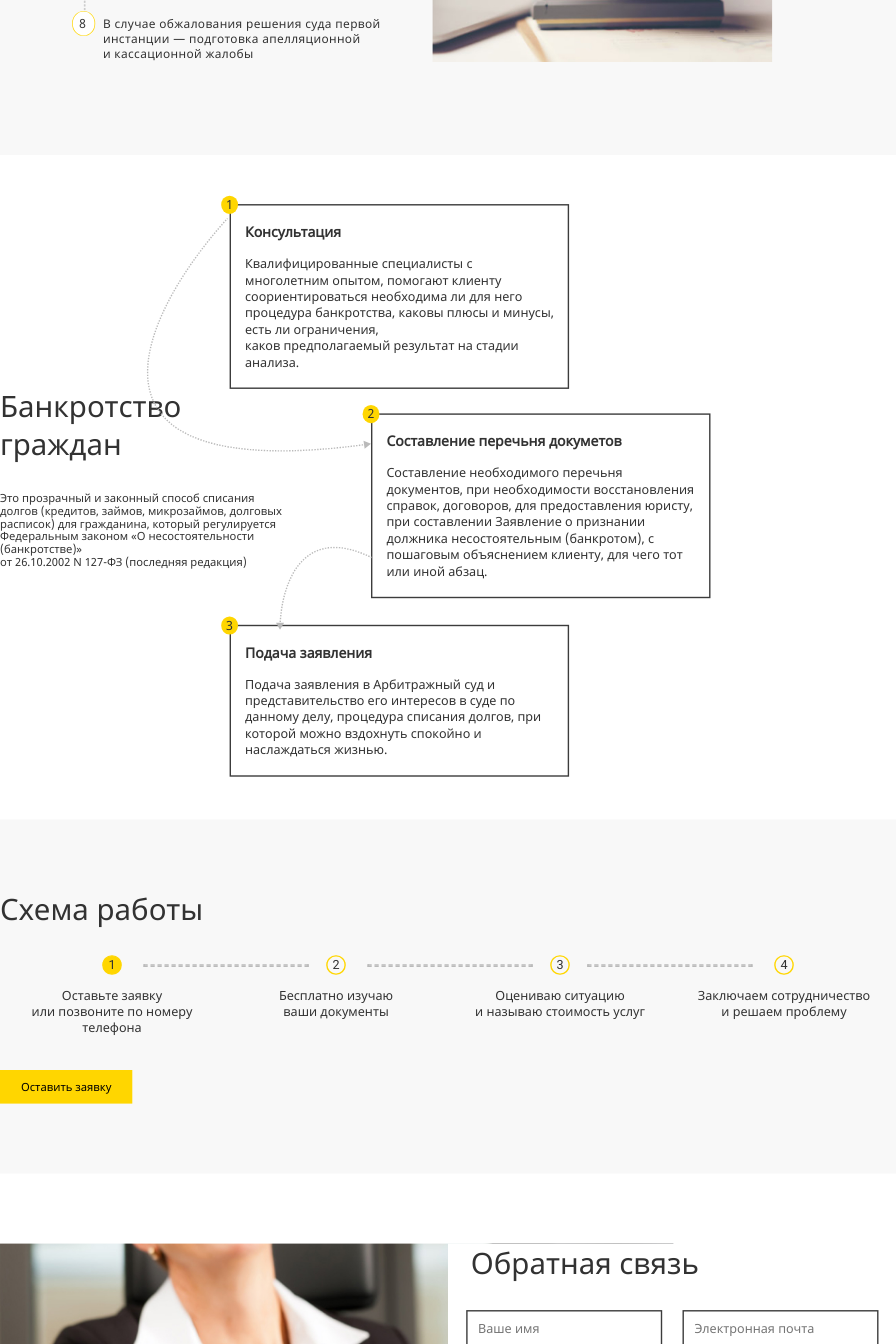
Repository: Nisovaki/antei
Page: http://localhost/
These files come from the project's save history. The page is drawn as it stood at one moment and after a run of saves; the edit follows.
The browser window is 1280 px wide. The pictures show the part of the page from y = 2981 to 4901 px (the page is 6078 px tall before and 6048 px after), at 70% of full size.
The page is run by PHP 8.4 with error messages shown; the project is at /var/www/html/. Style sheets and scripts are compiled from the project's sources, by tool versions that may differ from the author's.

Above is the page before, as saved 2022-03-19 02:25:09.

### index.html
<!DOCTYPE html>
<html lang="ru">
<head>
	<meta charset="UTF-8">
	<meta http-equiv="X-UA-Compatible" content="IE=edge">
	<meta name="viewport" content="width=1440"/>
	<link rel="stylesheet" href="css/style.css">
	<link rel="preconnect" href="https://fonts.googleapis.com">
	<link rel="preconnect" href="https://fonts.gstatic.com" crossorigin>
	<link href="https://fonts.googleapis.com/css2?family=Roboto&display=swap" rel="stylesheet">
	<title>Услуги юриста</title>
</head>
<body>
	<navbar class="navbar">
		<div class="container">
			<div class="navbar-block">
				<ul class="navbar-list">
					<li class="navbar-item"><a href="#" class="navbar-link">Услуги</a></li>
					<li class="navbar-item"><a href="#" class="navbar-link">Банкротство граждан</a></li>
					<li class="navbar-item"><a href="#" class="navbar-link">Схема работы</a></li>
					<li class="navbar-item"><a href="#" class="navbar-link">Обратная связь</a></li>
				</ul>
				<div class="navbar-tel"><a href="tel:+79042812294" class="navbar-link">+7 (904) 281 22 94</a></div>
				<div class="navbar-address">г. Липецк, пр. Победы, д. 89</div>
			</div>
   </div>
	</navbar>

	<header class="header">
		<div class="container">
			<div class="header-block">
				<h1 class="header-block__title">Услуги юриста</h1>
				<div class="header-block__text">
					Ведение дел осуществляется как по г. Липецку, так и по его Области, возможно дистанционное составление документов
					в других городах
				</div>

				<ul class="header-block__list">
					<li class="icons header-block__item"><span class="icons__check"> Бесплатная консультация</span></li>
					<li class="icons header-block__item"><span class="icons__check"> Для клиентов пенсионного возраста скидки</span></li>
					<li class="icons header-block__item"><span class="icons__check"> Банкротство граждан, скидки для людей со&nbsp;льготами</span></li>
					<li class="icons header-block__item"><span class="icons__check"> В некоторых случаях возможно списать задолжность без подачи заявления на&nbsp;банкротство гарждан</span></li>
				</ul>

				<button class="button header__button">Решить проблему</button>
			</div>
		</div>
	</header>

	<section class="biography">
		<div class="container">
			<div class="author">
				<div class="author-img">
					<img src="img/biography/author.png" alt="Фотография: Богословский Дмитрий Михайлович" class="biography-author">
				</div>
				<div class="author-block">
					<h2 class="title biography-title">Богословский Дмитрий Михайлович</h2>
					<div class="biography-block">
						<div class="biography-subtitle"><span class="biography-subtitle__elipse"></span> Окончил МОУ ВО</div>
						<div class="biography-text">В 2015 году окончил МОУ ВО «Институт правa<br>и экономики» по специальности Юриспруденция,<br> с
							присвоением квалификации Юрист</div>
						<div class="biography-subtitle"><span class="biography-subtitle__elipse"></span> Работал в налоговой службе</div>
						<div class="biography-text">Работал в инспекции федеральной налоговой службе, суде, паралельно осваивая процедуру
							банкротства физических лиц</div>
						<div class="biography-subtitle"><span class="biography-subtitle__elipse"></span> Имею опыт в процедуре банкротства
						</div>
						<div class="biography-text">Имею опыт списания долгов по процедуре банкротства в арбитражном суде, с присвоением
							статуса банкрота</div>
					</div>
				</div>
			</div>
		</div>
	</section>
	<section class="services">
		<div class="container">
			<h2 class="title services__title">Услуги</h2>
			<div class="services-block">
				<div class="services-block__item">
					<h3 class="services-block__title">Гражданские дела</h3>
					<ul class="services-block__list">
						<li class="icons services-block__cell">Гражданские споры</li>
						<li class="icons services-block__cell">Банкротство физических лиц</li>
						<li class="icons services-block__cell">Жилищные и трудовые споры</li>
						<li class="icons services-block__cell">Споры по кредитам частичное списание (индивидуально)</li>
						<li class="icons services-block__cell">Страховые вопросы</li>
						<li class="icons services-block__cell">Возмещение морального вреда, (составление претензий, жалоб, исковых заявлений, представительство в суде)</li>
					</ul>
				</div>

				<div class="services-block__item">
					<h3 class="services-block__title">Административные и&nbsp;арбитражные дела</h3>
					<ul class="services-block__list">
						<li class="icons services-block__cell">Споры, возникающие с органами испольнительной власти</li>
						<li class="icons services-block__cell">Досудебный порядок регулирования</li>
						<li class="icons services-block__cell">Составление претензий, жалоб, искового заявления</li>
						<li class="icons services-block__cell">Ознакомление с материалами дела</li>
						<li class="icons services-block__cell">Представительство в судах</li>
					</ul>
				</div>

				<div class="services-block__item">
					<h3 class="services-block__title">Банкротство физических лиц</h3>
					<p class="services-block__text">К сожалению, гражданам не всегда удаётся своевременно погасить образовавшиеся задолженности<br> по многим причинам — потеря<br>
					работы, заболевание, требующее срочного лечения и т.д., однако<br> выход есть всегда, это Банкротство физичсекого лица</p>
					<a href="#" class="services-block__link">Узнать подробнее
						<img src="img/services/arrow.svg" alt="стрелка" class="services-block__img-1">
						<img src="img/services/arrow.svg" alt="стрелка" class="services-block__img-2">
					</a>
				</div>
			</div>
			<div class="services__wrapper">
				<button class="button services__button"><a href="#" class="services__button-link">Обратиться за помощью</a></button>
			</div>
		</div>
	</section>

	<section class="algorithm">
		<div class="container">
			<div class="algorithm-block">
				<div class="algorithm-block__item-1">
					<h2 class="title algorithm-block__title">Наш алгоритм действий</h2>
					<ol class="algorithm-block__list">
						<li class="algorithm-block__cell algorithm-block__cell-color"><div class="algorithm-block__element"></div> Изучение дела</li>
						<li class="algorithm-block__cell"><div class="algorithm-block__element"></div> Выработка стратегии</li>
						<li class="algorithm-block__cell"><div class="algorithm-block__element"></div> Претензионная работа</li>
						<li class="algorithm-block__cell"><div class="algorithm-block__element"></div> Подготовка пиьменной позиции</li>
						<li class="algorithm-block__cell"><div class="algorithm-block__element"></div> Наложение обеспечительных мер</li>
						<li class="algorithm-block__cell"><div class="algorithm-block__element"></div> Сбор доказательств</li>
						<li class="algorithm-block__cell"><div class="algorithm-block__element"></div> Представление интересов клиента в суде</li>
						<li class="algorithm-block__cell"> В случае обжалования решения суда первой инстанции — подготовка апелляционной и&nbsp;кассационной жалобы</li>
					</ol>
				</div>
				<div class="algorithm-block__item-2"><img src="img/algorithm/algorithm-img.jpg" alt="img: algorithm-block__img" class="algorithm-block__img"></div>
			</div>
		</div>
	</section>

	<section class="smash">
		<div class="container">
			<h2 class="title smash__title">Банкротство граждан</h2>
			<p class="smash__text">Это прозрачный и законный способ списания долгов (кредитов, займов, микрозаймов, долговых расписок) для гражданина,
			который регулируется Федеральным законом «О несостоятельности (банкротстве)»<br> от 26.10.2002 N 127-ФЗ (последняя редакция)</p>

			<div class="smash-wrapper">
				<div class="smash-wrapper__item smash-wrapper__item--indent-1">
					<div class="smash-wrapper__num">1</div>
					<div class="smash-wrapper__title">Консультация</div>
					<div class="smash-wrapper__text">Квалифицированные специалисты с многолетним опытом, помогают клиенту соориентироваться необходима ли для него процедура
					банкротства, каковы плюсы и минусы, есть ли ограничения,<br>каков предполагаемый результат на стадии<br> анализа.
  					</div>
				</div>

				<div class="smash-arrow__right"><img src="img/smash/arrow_right.svg" alt="arrow_right"></div>

				<div class="smash-wrapper__item smash-wrapper__item--indent-2">
					<div class="smash-wrapper__num">2</div>
					<div class="smash-wrapper__title">Составление перечьня докуметов</div>
					<div class="smash-wrapper__text">Составление необходимого перечьня документов, при необходимости восстановления справок, договоров, для предоставления
					юристу, при составлении Заявление о признании должника несостоятельным (банкротом), с пошаговым объяснением клиенту, для
					чего тот или иной абзац.
					</div>
				</div>

				<div class="smash-arrow__bottom"><img src="img/smash/arrow_bottom .svg" alt="arrow_bottom"></div>

				<div class="smash-wrapper__item smash-wrapper__item--indent-3">
					<div class="smash-wrapper__num">3</div>
					<div class="smash-wrapper__title">Подача заявления</div>
					<div class="smash-wrapper__text">Подача заявления в Арбитражный суд и представительство его интересов в суде по<br> данному делу, процедура списания долгов,
					при которой можно вздохнуть спокойно и<br> наслаждаться жизнью.
					</div>
				</div>
			</div>
			<!-- /.smash-wrapper -->
		</div>
		<!-- /. container -->
	</section>

	<section class="scheme">
		<div class="container">
			<h2 class="title scheme__title">Схема работы</h2>
			<div class="scheme-wrapper">
				<div class="scheme-wrapper__item">
					<div class="scheme-wrapper--dotted-1"></div>
					<div class="scheme-wrapper__num scheme-wrapper__num--color">1</div>
					<p class="scheme-wrapper__text">Оставьте заявку <br>или позвоните по номеру телефона</p>
				</div>
				<!-- /.scheme-wrapper__item -->
				<div class="scheme-wrapper__item">
					<div class="scheme-wrapper--dotted-2"></div>
					<div class="scheme-wrapper__num">2</div>
					<p class="scheme-wrapper__text">Бесплатно изучаю <br>ваши документы</p>
				</div>
				<!-- /.scheme-wrapper__item -->
				<div class="scheme-wrapper__item">
					<div class="scheme-wrapper--dotted-3"></div>
					<div class="scheme-wrapper__num">3</div>
					<p class="scheme-wrapper__text">Оцениваю ситуацию<br> и называю стоимость услуг</p>
				</div>
				<!-- /.scheme-wrapper__item -->
				<div class="scheme-wrapper__item">
					<div class="scheme-wrapper__num">4</div>
					<p class="scheme-wrapper__text">Заключаем сотрудничество и решаем проблему</p>
				</div>
				<!-- /.scheme-wrapper__item -->
			</div>
			<!-- /.scheme-wrapper -->
			<button class="button scheme__button">Оставить заявку</button>
		</div>
		<!-- /.container -->
	</section>
	<!-- /.scheme -->
    <section class="feedback">
		<div class="container">
			<div class="feedback-block">
				<div class="feedback-block__title">Обратная связь</div>
				<form action="send.php" method="post" class="feedback-form">
					<div class="feedback-input">
						<input type="text" placeholder="Ваше имя" class="feedback__input" name="name">
						<input type="text" placeholder="Электронная почта" class="feedback__input" name="email">
					</div>
					<textarea name="message" placeholder="Ваше сообщение" class="feedback__message"></textarea>
					<div class="feedback__wrapper">
						<input type="file" name="file" type="file" name="file" id="input__file" multiple class="feedback__file">
						<label for="input__file" class="feedback__file-button">
							<span class="feedback__file-button-text">
								<img src="img/feedback/file.svg" alt="файл">
								Загрусить файл
							</span>
						</label>
					</div>
					<div class="feedback__agreemet">
						<input type="checkbox" class="feedback__checkbox">
						<span class="feedback__text">Даю согласие на обработку персональных данных</span>
					</div>
					<button class="feedback__button">Отправить</button>
				</form>
			</div>
		</div>
	</section>

	<footer class="footer">
		<div class="container">
			<div class="footer-contacts">
				<h2 class="title footer__title">Контакты</h2>
				<div class="footer-contacts__item">
					<h3 class="footer-contacts__subtitle footer-contacts__subtitle--ml-1"><img src="img/footer/phone.svg" alt="icon: тефон" class="footer-contacts__icon-1">Номер телефона</h3>
					<a href="tel:+79042812294" class="footer-contacts__phone--ml1">+7 (904) 281 22 94</a>
					<a href="tel:+79042812293" class="footer-contacts__phone--ml2">+7 (904) 281 22 93</a>
					<div class="footer-contacts__block">
						<a href="" target="_blank"><img src="img/footer/viber.svg" alt="icon: viber" class="footer-contacts__icon"></a>
						<a href="" target="_blank"><img src="img/footer/watsapp.svg" alt="icon: watsapp" class="footer-contacts__icon"></a>
						<a href="" target="_blank"><img src="img/footer/telegram.svg" alt="icon: telegram" class="footer-contacts__icon"></a>
					</div>
					<p class="footer-contacts__subtitle footer-contacts__subtitle--ml-2"><img src="img/footer/email.svg" alt="icon: email" class="footer-contacts__icon-2"> Электронная почта</p>
					<a href="mailto:adp48ru@mail.ru" class="footer-contacts__email">adp48ru@mail.ru</a>
					<h3 class="footer-contacts__subtitle footer-contacts__subtitle--ml-3 "><img src="img/footer/map.svg" alt="icon: адрес" class="footer-contacts__icon-3"> Адрес</h3>
					<p class="footer-contacts__text">г. Липецк, пр. Победы, д. 89, 2 этаж</p>
					<h3 class="footer-contacts__subtitle footer-contacts__subtitle--ml-4"><img src="img/footer/clock.svg" alt="icon: режим работы" class="footer-contacts__icon-4"> Часы работы</h3>
					<p class="footer-contacts__text">Будни с 09:00 до17:00, выходные с 09:00 до 13:00 по записи</p>
				</div>

			</div>
			<!-- /.footer-contacts -->
			<div class="footer-map">

			</div>
			<!-- /.footer-map -->
		</div>
			<div class="footer-law">
				<div class="container">
					<p class="footer-law__text">© Все права защищены</p>
				</div>
			</div>

		<!-- /.container -->
	</footer>
	<!-- /.footer -->
</body>
</html>

### sass/style.sass
@import "_normalize.scss"
@import "_variables.sass"
@import "_settings.sass"
@import "_fonts.scss"
@import "block/_navbar.sass"
@import "block/_header.sass"
@import "block/_biography.sass"
@import "block/_services.sass"
@import "block/_algorithm.sass"
@import "block/_smash.sass"
@import "block/_feedback.sass"
@import "block/_footer.sass"
@import "block/_scheme.sass"

### sass/_variables.sass
$dark: #3C3C3C
$light: #FFFFFF
$txt-color: #323232
$btn-color: #FFD600
$fon-color: #F8F8F8
$dashed-color: #BABABA

### sass/_settings.sass
*
	box-sizing: border-box
body
	font-family: "Noto Sans", sans-serif
	font-weight: 400
	color: $txt-color
img
	max-width: 100%
.container
	max-width: 1320px
	margin: auto
.icons
	list-style-image: url(../img/header/Vector.svg)
	&__check
		position: relative
		left: 10px
.button
	padding: 15px 30px
	background-color: $btn-color
	border: none
	cursor: pointer
.title
	font-weight: 500
	font-size: 42px
	line-height: 130%
@media (max-width: 1200px)
	br
		display: none

### sass/_fonts.scss
@font-face {
  font-family: "Noto Sans bold";
  src: url("../fonts/NotoSans-Bold.woff2") format("woff2"),
    url("../fonts/NotoSans-Bold.woff") format("woff");
  font-weight: bold;
  font-style: normal;
  font-display: swap;
}

@font-face {
  font-family: "Noto Sans";
  src: url("../fonts/NotoSans.woff2") format("woff2"),
    url("../fonts/NotoSans.woff") format("woff");
  font-weight: normal;
  font-style: normal;
  font-display: swap;
}

### sass/block/_navbar.sass
.navbar
	display: block
	font-family: 'Roboto', sans-serif
	background-color: $dark
	color: $light
	padding: 37px 0 35px 0
	font-size: 18px
	line-height: 130%
	&-block
		display: flex
		justify-content: space-between
	&-list
		display: flex
		justify-content: space-between
		align-items: center
		margin: 0
		padding: 0
		flex-basis: 46.7%
	&-item
		list-style: none
	&-link
		color: inherit
		text-decoration: none
	&-address
		margin-right: 8.6%
		letter-spacing: 0.4px

### sass/block/_header.sass
.header
	padding: 100px 0
	background: url(../img/header/fon-img.jpg)
	background-repeat: no-repeat
	background-size: contain
	background-position: center right
	position: relative
	&::before
		content: ''
		width: 40.5%
		height: 100%
		position: absolute
		top: 0
		left: 0
		background-color: #ffffff
	&-block
		width: 50%
		position: relative
		margin-right: 50px
		&__list
			margin: 0
			padding: 0
			padding-left: 28px
		&__text
			width: 430px
			font-size: 18px
			line-height: 129%
			margin-bottom: 30px
		&__item
			margin-bottom: 15px
			width: 405px
			font-size: 18px
			line-height: 128%
		&__title
			font-weight: 600
			font-size: 52px
			line-height: 130%
			margin: 0
			margin-bottom: 30px
			letter-spacing: 1.5px
	&__button
		margin-top: 15px
		padding: 16px 29px 17px 31px
		letter-spacing: 1.4px

### sass/block/_biography.sass
.biography
	padding-top: 100px
	background-color: $fon-color
	&-title
		letter-spacing: 0.6px
		width: 475px
		margin: 0
		margin-bottom: 40px
		margin-top: 2px
	&-subtitle
		font-weight: 600
		font-size: 20px
		line-height: 130%
		margin-bottom: 15px
		letter-spacing: 0.5px
		&__elipse
			display: inline-block
			width: 16px
			height: 16px
			background-color: $btn-color
			border-radius: 50%
			margin-right: 9px
	&-text
		font-size: 18px
		line-height: 128%
		width: 487px
		margin-bottom: 30px
.author
	display: flex
	justify-content: flex-end
	&-img
		flex-basis: 45%
		margin-left: 118px
	&-block
		flex-basis: 70%

### sass/block/_algorithm.sass
.algorithm
    padding: 100px 0
    background-color: $fon-color
    &-block
        display: flex
        position: relative
        &__item-1
            width: 515px
            margin-left: 103px
        &__title
            width: 382px
            display: inline-block
            margin: 0
            margin-bottom: 40px
            letter-spacing: 0.5px
        &__cell-color
            &::before
                background-color: $btn-color
        &__element
            position: absolute
            top: 33px
            left: 17px
            width: 0px
            height: 34px
            border: 1px dashed $dashed-color
        &__img
            max-width: inherit
ol
    list-style: none
    width: 445px
    font-size: 17px
    font-weight: 400
    padding: 0
    margin: 0
    li
        counter-increment: num
        margin: 0
        padding: 7px 0 35px 44px
        position: relative
        line-height: 125%
        letter-spacing: 0.5px
        &::marker
            display: none
        &::before
            content: counter(num)
            display: inline-block
            position: absolute
            top: 0
            left: 0
            background: #fff
            color: $dark
            text-align: center
            font-size: 18px
            padding: 6px 12px 6px 9px
            border: 1px solid $btn-color
            border-radius: 50%

### sass/block/_smash.sass
.smash
    position: relative
    padding-top: 331px
    padding-bottom: 342px
    &__title
        margin: 0
        margin-bottom: 40px
        width: 382px
    &__text
        width: 411px
    &-wrapper
        &__item
            position: relative
            width: 485px
            border: 2px solid $dark
            padding: 25px 20px
            &--indent-1
                position: absolute
                top: 70px
                right: 467px
            &--indent-2
                position: absolute
                right: 265px
                top: 369px
            &--indent-3
                position: absolute
                top: 671px
                right: 467px
        &__num
            position: absolute
            top: -14px
            left: -14px
            background-color: $btn-color
            border-radius: 50%
            padding: 1px 7px 1px 7px
            font-size: 18px
            line-height: 130%
            font-family: "Noto Sans"
        &__title
            font-weight: bold
            font-size: 20px
            line-height: 130%
            margin-bottom: 20px
        &__text
            width: 445px
            font-size: 18px
            line-height: 130%
    &-arrow
        &__right
            position: absolute
            top: 89px
            right: 750px
        &__bottom
            position: absolute
            top: 559px
            right: 748px
            z-index: 1

### sass/block/_scheme.sass
.scheme
    padding-top: 100px
    padding-bottom: 100px
    background-color: $fon-color
    &__title
        margin: 0
        margin-bottom: 40px
    &-wrapper
        position: relative
        display: flex
        justify-content: space-around
        margin-bottom: 30px
        &__item
        &__num
            display: flex
            justify-content: center
            font-size: 18px
            line-height: 130%
            width: 11%
            margin: auto
            font-family: "Roboto"
            border-radius: 50%
            border: 2px solid $btn-color
            &--color
                background-color: $btn-color
        &__text
            text-align: center
            width: 250px
            font-size: 18px
            line-height: 130%
        &--dotted-1
            position: absolute
            top: 13px
            left: 16%
            border: 2px dashed $dashed-color
            width: 236px
            height: 2px
        &--dotted-2
            position: absolute
            top: 13px
            left: 41%
            border: 2px dashed $dashed-color
            width: 236px
            height: 2px
        &--dotted-3
            position: absolute
            top: 13px
            right: 16%
            border: 2px dashed $dashed-color
            width: 236px
            height: 2px

Loaded but not shown: sass/_normalize.scss (common file); img/smash/arrow_right.svg (3 lines, source omitted); img/smash/arrow_bottom .svg (3 lines, source omitted); img/footer/viber.svg (4 lines, source omitted); img/footer/email.svg (11 lines, source omitted); img/footer/clock.svg (4 lines, source omitted); img/footer/map.svg (4 lines, source omitted); img/footer/phone.svg (3 lines, source omitted); img/footer/watsapp.svg (4 lines, source omitted); img/footer/telegram.svg (45 lines, source omitted); img/feedback/file.svg (3 lines, source omitted); img/header/Vector.svg (3 lines, source omitted); img/services/arrow.svg (3 lines, source omitted); sass/block/_feedback.sass (99 lines, source omitted); sass/block/_services.sass (66 lines, source omitted); sass/block/_footer.sass (83 lines, source omitted)

After the next 2 saves:
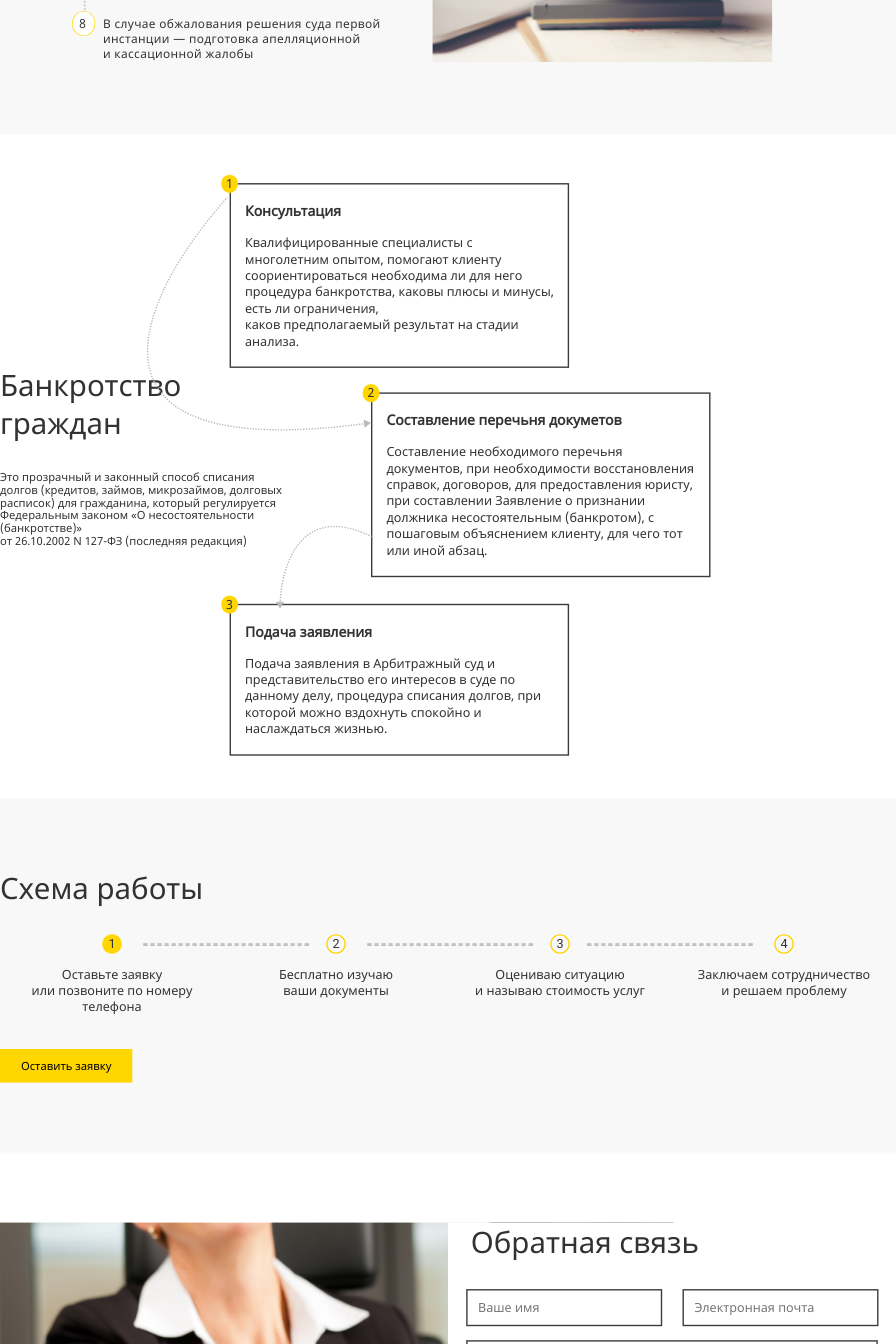
The 2 saves are shown as one change because they came seconds apart.
The last was saved 58 s later.
--- a/sass/block/_algorithm.sass
+++ b/sass/block/_algorithm.sass
@@ -1,5 +1,5 @@
 .algorithm
-    padding: 100px 0
+    padding: 100px 0 70px 0
     background-color: $fon-color
     &-block
         display: flex
